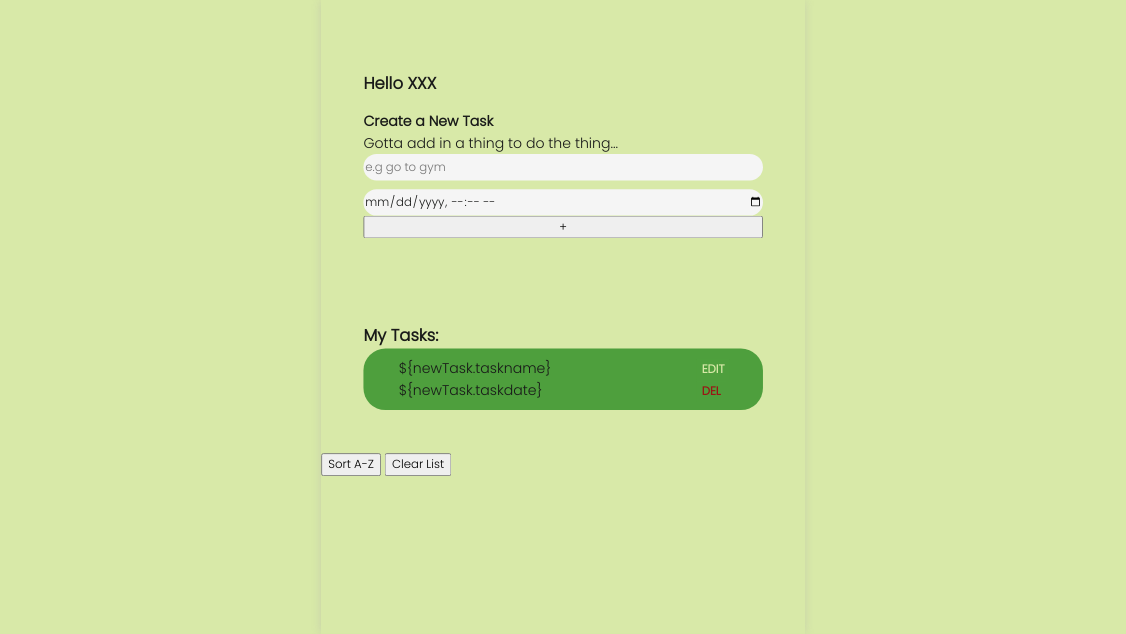
Repository: acidpixie/todo-app-version3
Page: index.html
An editor plug-in stored every save of this project. The page is shown before and after the next save, followed by the edit.
The browser window is 1280 px wide. The pictures show the whole page, at 88% of full size.

Above is the page before, as saved 2022-06-11 16:04:23.

After the next save:
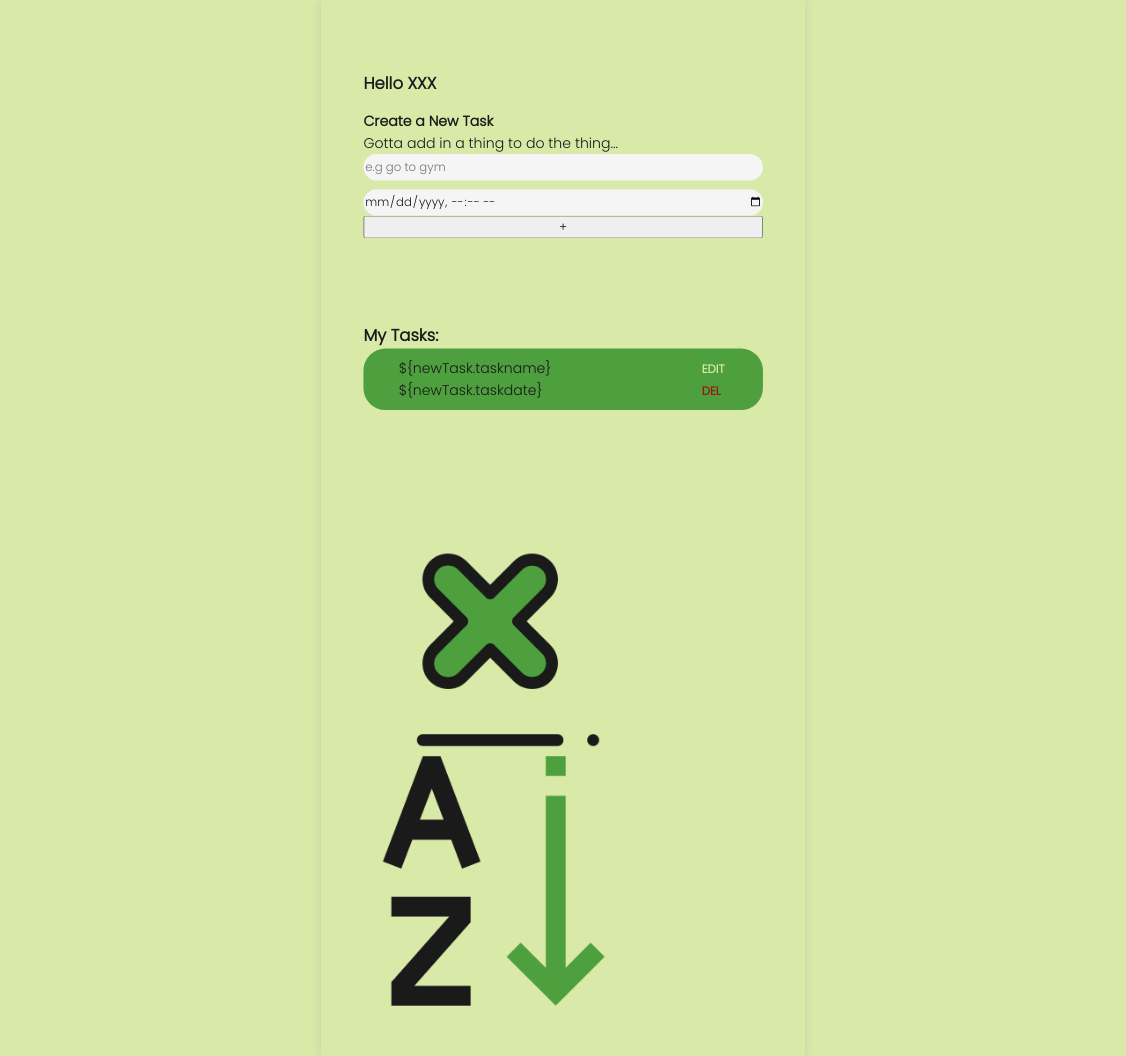
Saved 32 s later.
--- a/index.html
+++ b/index.html
@@ -54,8 +54,10 @@
         </div>
     </section>
 
-    <button>Sort A-Z</button>
-    <button>Clear List</button>
+    <section class="user-buttons" id="buttons-user">
+        <img src="/images/delete.png" class="user-button" id="clear-button"></img>
+        <img src="/images/sort-a-z.png" class="user-button" id="sort-button"></img>
+    </section>
 
 
 </body>
